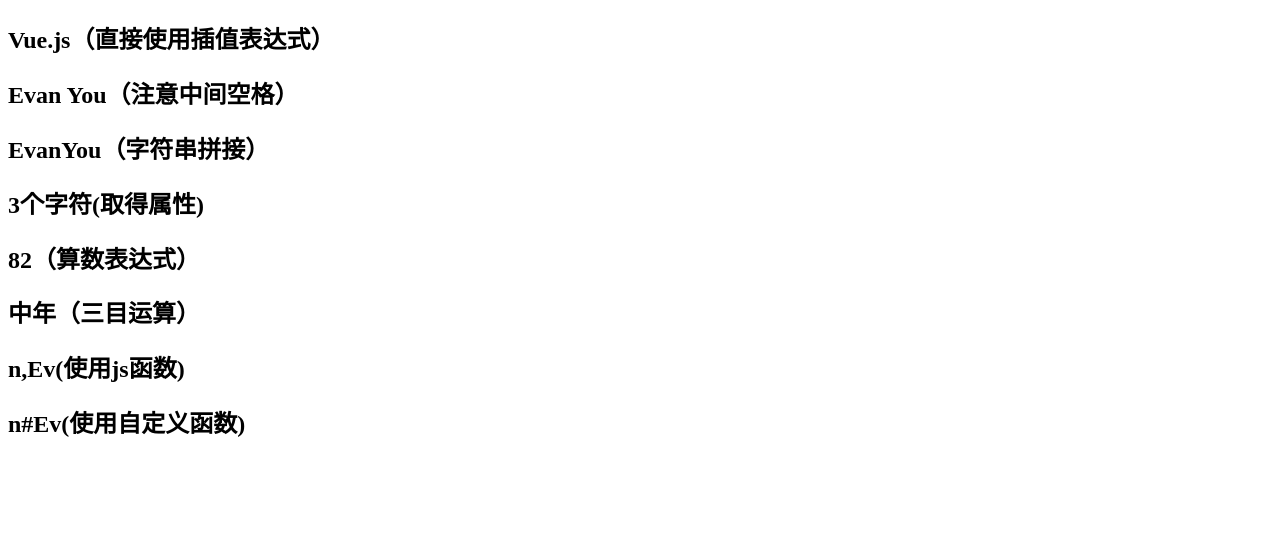
Repository: Gin1217/vueNotes
Page: firstVUE/HTML/quickstart.html
An editor plug-in stored every save of this project. The page is shown before and after the next save, followed by the edit.
The browser window is 1280 px wide. The pictures show the whole page.

Above is the page before, as saved 2021-03-10 09:23:54.

After the next save:
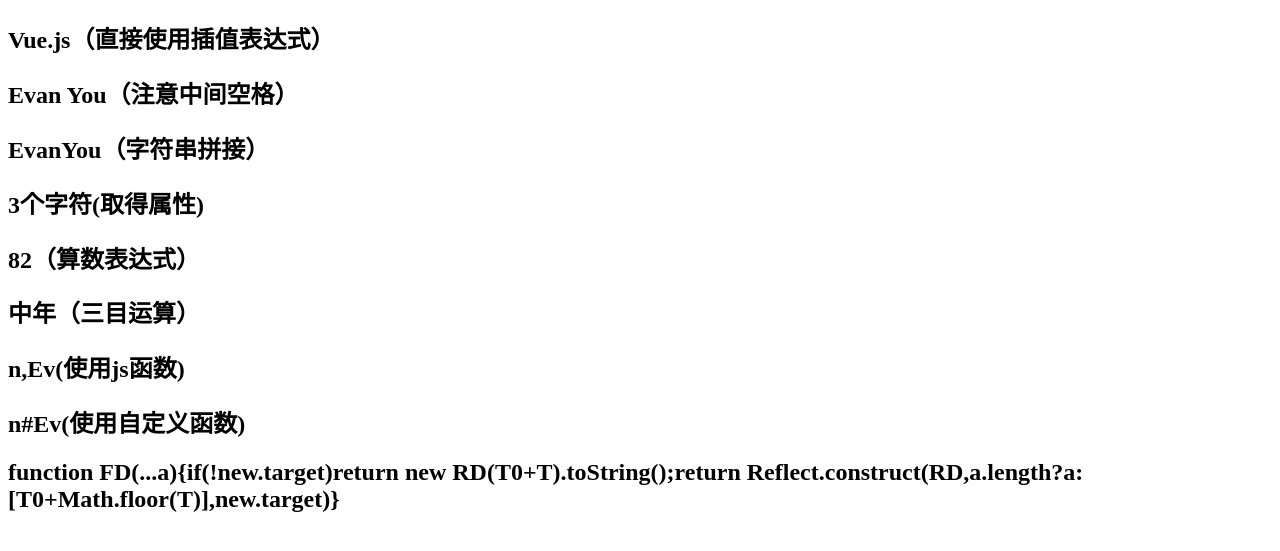
Saved 15 s later.
--- a/firstVUE/HTML/quickstart.html
+++ b/firstVUE/HTML/quickstart.html
@@ -18,7 +18,7 @@
         <h2>{{age>40? '中年':'青年'}}（三目运算）</h2>
         <h2>{{firstName.split('a').reverse().join(',')}}(使用js函数)</h2>
         <h2>{{customMethod(firstName)}}(使用自定义函数)</h2>
-        <h2>{{date}}</h2>
+        <h2>{{Date}}</h2>
     </div>
 
     <!-- 从本地引入vue.js -->
